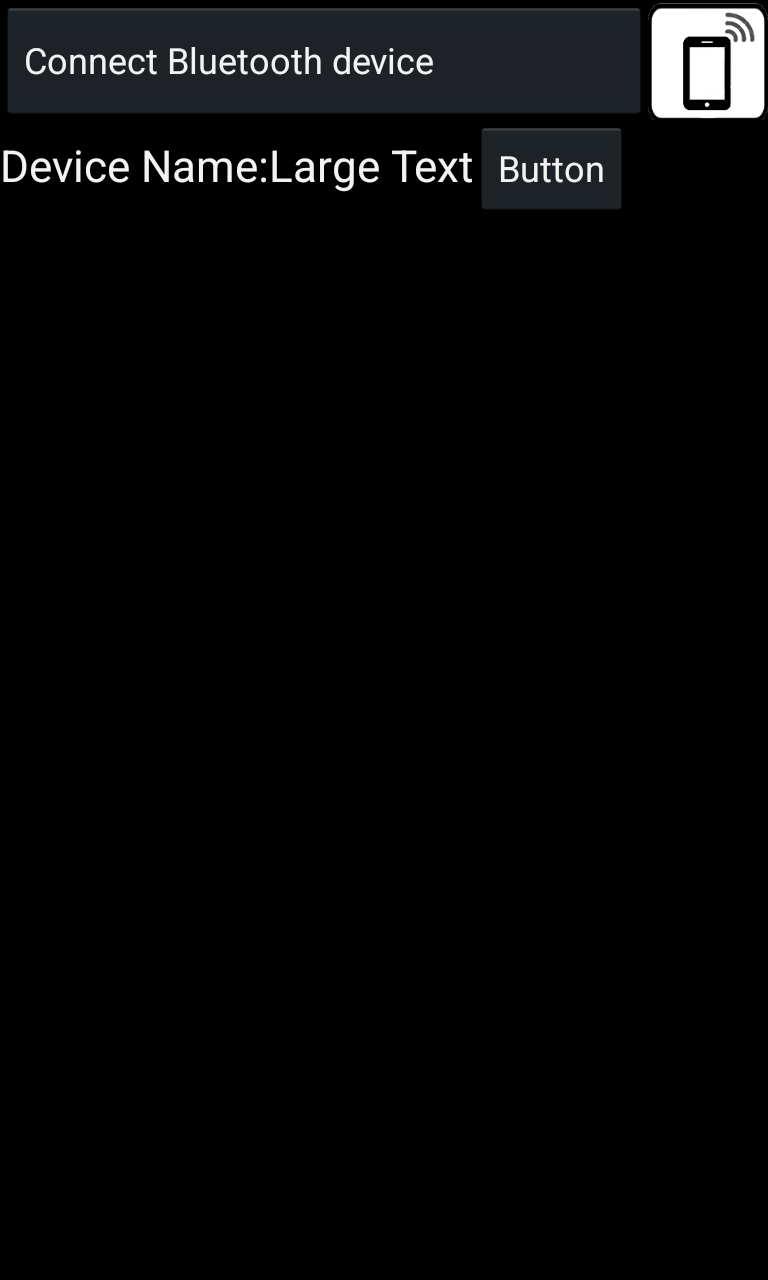
Repository: wangefan/cipherconnectsolution_new
Layout: CipherConnectPro/res/layout/build_conn_method_preference.xml
The author's editor kept a copy of each file at every save. The layout is drawn from the files as they stood at one save, then again after the next save.
It is drawn on a 768 x 1280 px phone screen (xhdpi) without system bars, with theme android:Theme.Holo; the app's code is not run.

Above is the layout before, as saved 2015-03-18 05:57:53.

After the next save:
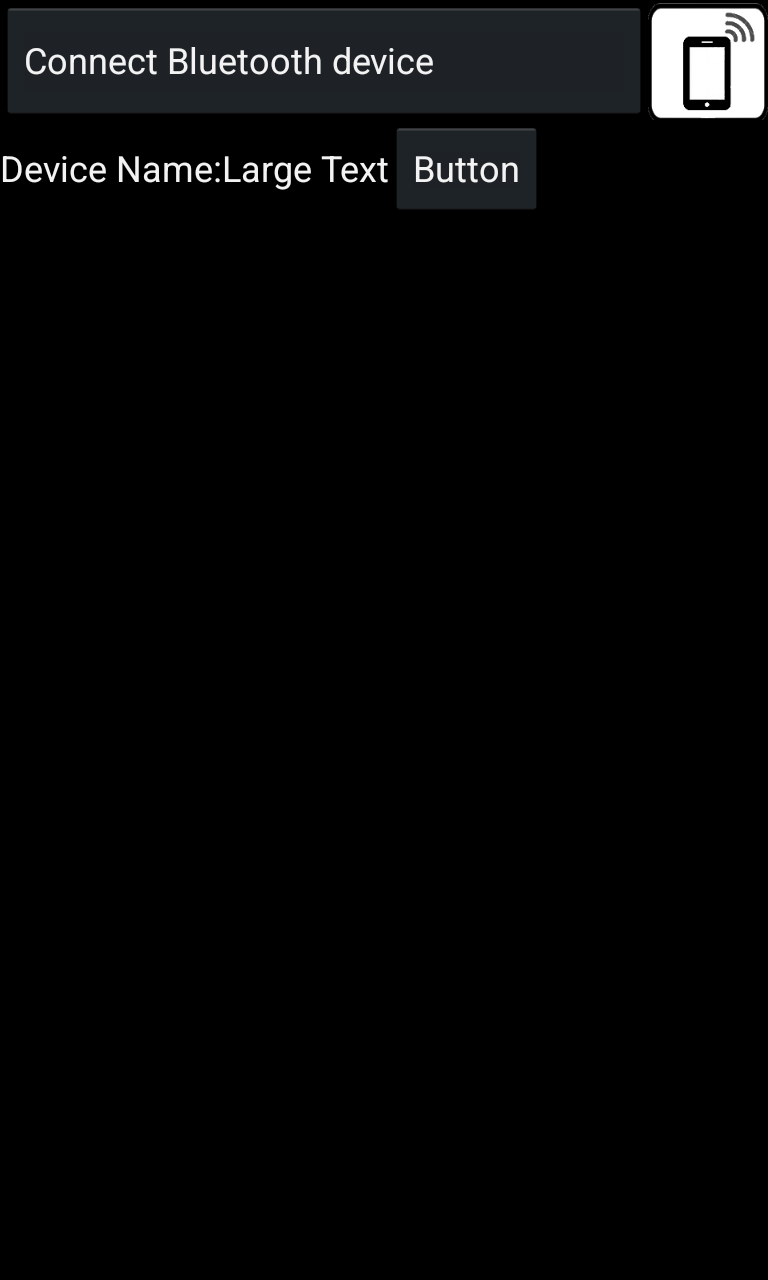
Saved 112 s later.
--- a/CipherConnectPro/res/layout/build_conn_method_preference.xml
+++ b/CipherConnectPro/res/layout/build_conn_method_preference.xml
@@ -34,14 +34,14 @@
 		    android:layout_width="wrap_content"
 		    android:layout_height="wrap_content"
 		    android:text="@string/strCurrentDevName"
-		    android:textAppearance="?android:attr/textAppearanceLarge" />
+		    android:textAppearance="?android:attr/textAppearanceMedium" />
 
 		<TextView
 		    android:id="@+id/textView2"
 		    android:layout_width="wrap_content"
 		    android:layout_height="wrap_content"
 		    android:text="Large Text"
-		    android:textAppearance="?android:attr/textAppearanceLarge" />
+		    android:textAppearance="?android:attr/textAppearanceMedium" />
 
 		<Button
 		    android:id="@+id/button1"
